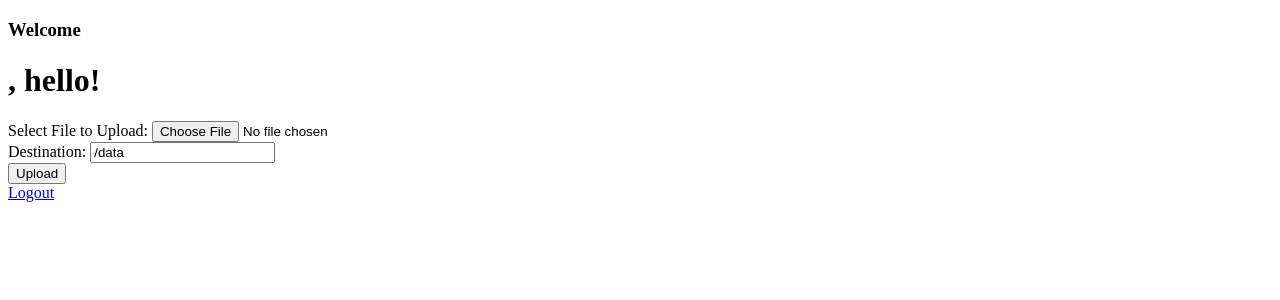
Repository: SvetlanaK367/TrainingJAVA
Page: http://localhost/FinalProject/jsp/main.jsp
These files come from the project's save history. The page is drawn as it stood at one moment and after the next save; the edit follows.
The browser window is 1280 px wide. The pictures show the whole page.
The page is served by Tomcat 9. Other server files are loaded and not shown.

Above is the page before, as saved 2017-04-02 17:54:57.

### FinalProject/WebContent/jsp/main.jsp
<%@ page language="java" contentType="text/html; charset=UTF-8"
    pageEncoding="UTF-8"%>
<!DOCTYPE html PUBLIC "-//W3C//DTD HTML 4.01 Transitional//EN" "http://www.w3.org/TR/html4/loose.dtd">
<html>
<head>
<meta http-equiv="Content-Type" content="text/html; charset=UTF-8">
<title>Welcome</title>
</head>
<body>
	<h3>Welcome</h3>
		<h1> ${user}, hello!</h1>

		<form action="Controller" method="post" enctype="multipart/form-data">
			<input type="hidden" name="command" value="FileUpload2" />
            Select File to Upload:
            <input type="file" name="fileName" id="file" /> <br/>
            Destination:
            <input type="text" value="/data" name="destination"/> </br>
            <input type="submit" value="Upload" name="upload" id="upload" />
        </form>

	<a href="controller?command=logout">Logout</a>
</body>
</html>

After the next save:
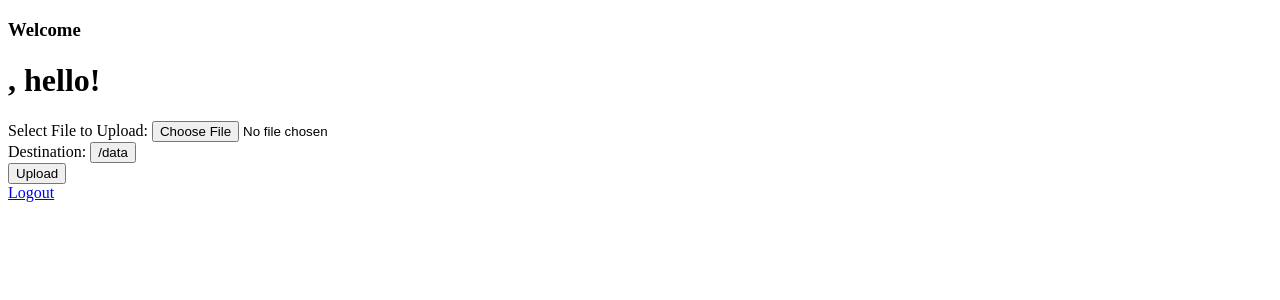
Saved 35 s later.
--- a/FinalProject/WebContent/jsp/main.jsp
+++ b/FinalProject/WebContent/jsp/main.jsp
@@ -15,7 +15,7 @@
             Select File to Upload:
             <input type="file" name="fileName" id="file" /> <br/>
             Destination:
-            <input type="text" value="/data" name="destination"/> </br>
+            <input type="submit" value="/data" name="destination"/> </br>
             <input type="submit" value="Upload" name="upload" id="upload" />
         </form>
 
